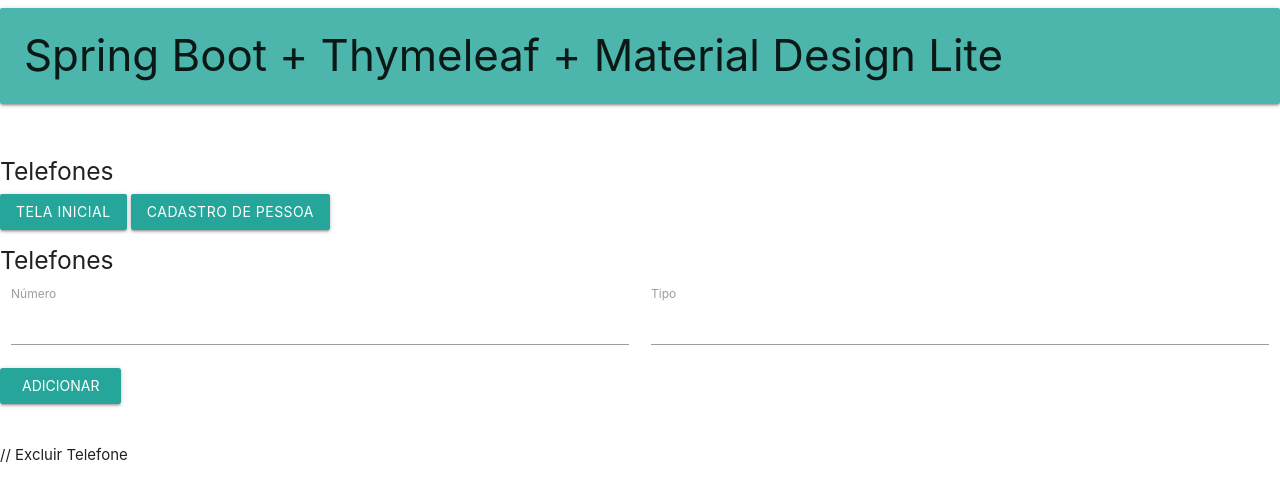
Repository: wendell-comp/Sistema-de-Gestao-de-Pessoas
Page: http://localhost/cadastro/telefones
An editor plug-in stored every save of this project. The page is shown before and after the next save, followed by the edit.
The browser window is 1280 px wide. The pictures show the whole page.
The page is this project's Thymeleaf template; nobody is signed in. The template is opened directly, without the code that normally fills it, so the values that code supplies are empty.

Above is the page before, as saved 2021-02-16 13:14:12.

### springboot/src/main/resources/templates/cadastro/telefones.html
<!DOCTYPE html>
<html xmlns="http://www.w3.org/1999/xhtml"
	xmlns:th="http://www.thymeleaf.org">

<head>
<meta charset="UTF-8">
<title>Formulario Java</title>


<link href="https://fonts.googleapis.com/icon?family=Material+Icons" rel="stylesheet">
<link type="text/css" rel="stylesheet" href="/materialize/css/materialize.css" media="screen,projection" />
<link type="text/css" rel="stylesheet" href="materialize.min.css" media="screen,projection" />

<style type="text/css">
  table.striped > tbody > tr:nth-child(odd) {
  background-color: rgba(158, 154, 154, 0.5);
}
	form input[type=submit]{
	color:white;
	}
</style>

</head>
<body>
	<h3 class="card-panel teal lighten-2">Spring Boot + Thymeleaf + Material Design Lite</h3>
	<br />
	<h5>Telefones</h5>
	<a href="/" class="waves-effect waves-light btn">Tela Inicial</a>
	<a href="/cadastropessoa" class="waves-effect waves-light btn">Cadastro de Pessoa</a>


		<div th:each="p: ${pessoaobj}">
			<div class="row">
			<p> ID: <span th:text="${p.id}"></span></p>
			<p> Nome: <span th:text="${p.nome}"></span></p>
			<p> Sobrenome: <span th:text="${p.sobrenome}"></span></p>
			<p> Idade: <span th:text="${p.idade}"></span></p>

			</div>

		</div>
		<h5> Telefones</h5>

			<div class="row">

					<form th:action="@{/addfonePessoa/{pessoaid}(pessoaid=${pessoaobj.id})}" method="post" class="col s12">
						<div class="row">

							<div class="input-field col s6">

								<label class="active" for="numero">Número</label>
								<input id="numero" name="numero" class="validate">
							</div>

							<div class="input-field col s6">

								<label class="active" for="tipo">Tipo</label>
								<input id="tipo" name="tipo" class="validate">

							</div>

							<input type="submit" value="Adicionar" class="waves-effect waves-light btn">

						</div>
					</form>


			</div>

		// Excluir Telefone
	<table class="striped">
			<tr th:each="fone : ${telefones}">
			<td th:text="${fone.numero}">
			<td th:text="${fone.tipo}">
			<td><a th:href="@{/removertelefone/{idtelefone}(idtelefone=${fone.id})}">Excluir</a></td>
		</tr>

	</table>




	<script type="text/javascript" src="materialize/js/materialize.js"></script>
	<script type="text/javascript" src="materialize/js/materialize.min.js"></script>

<br>
<br>
<br>
</body>

</html>

Loaded but not shown: springboot/src/main/resources/static/materialize/css/materialize.css (library); springboot/src/main/resources/static/materialize/js/materialize.js (library); springboot/src/main/resources/static/materialize/js/materialize.min.js (library); springboot/src/main/resources/static/materialize/css/materialize.min.css (library)

After the next save:
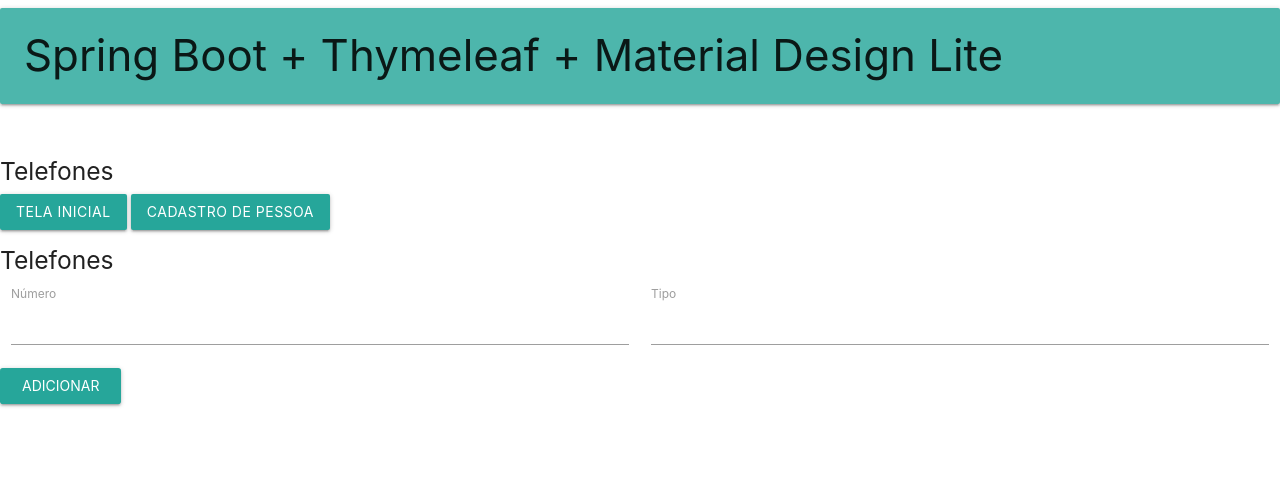
Saved 9 min 1 s later.
--- a/springboot/src/main/resources/templates/cadastro/telefones.html
+++ b/springboot/src/main/resources/templates/cadastro/telefones.html
@@ -67,7 +67,7 @@
 
 			</div>
 
-		// Excluir Telefone
+
 	<table class="striped">
 			<tr th:each="fone : ${telefones}">
 			<td th:text="${fone.numero}">
